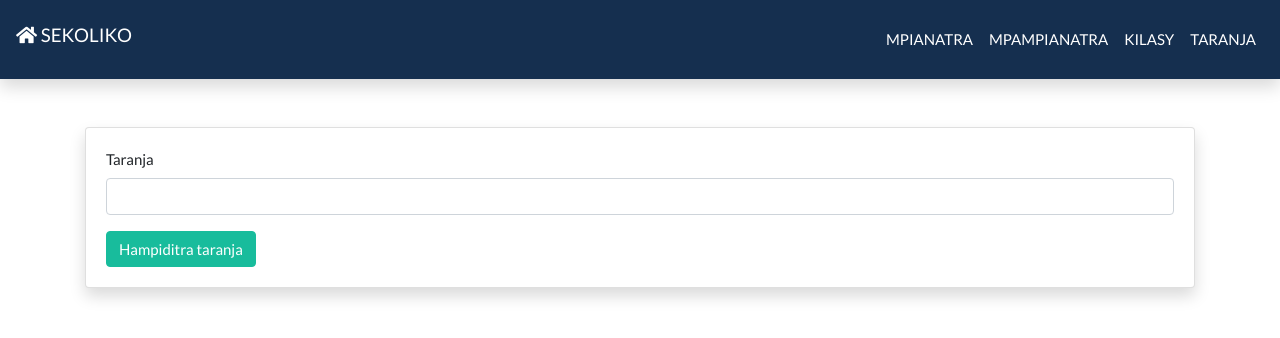
Repository: niainamahefa/j2ee-sekoliko
Page: http://localhost/Ecole/nouveau_matiere
The author's editor kept a copy of each file at every save. The page is drawn from the files as they stood at one save, then again after the next save.
The browser window is 1280 px wide. The pictures show the whole page.
The page is served by Tomcat 9.

Above is the page before, as saved 2021-02-07 16:12:50.

After the next save:
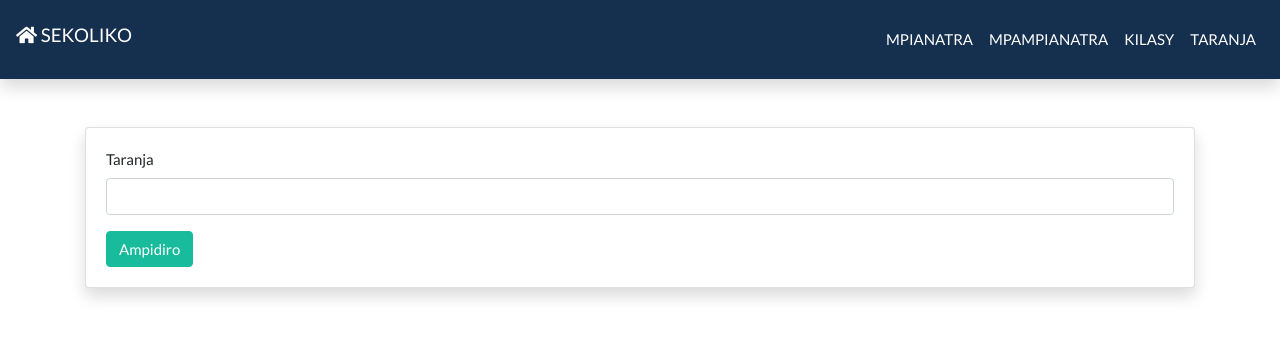
Saved 8 s later.
--- a/Ecole/WebContent/WEB-INF/matiere-form.jsp
+++ b/Ecole/WebContent/WEB-INF/matiere-form.jsp
@@ -53,7 +53,7 @@
     				<label for="">Taranja</label>
     				<input type="text" class="form-control" name="mat_nom" required value="<c:out value="${matiere.mat_nom}"/>">
     			</div>
-    			<button type="submit" class="btn btn-success">Hampiditra taranja</button>
+    			<button type="submit" class="btn btn-success">Ampidiro</button>
     			</form>
     		</div>
     	</div>
